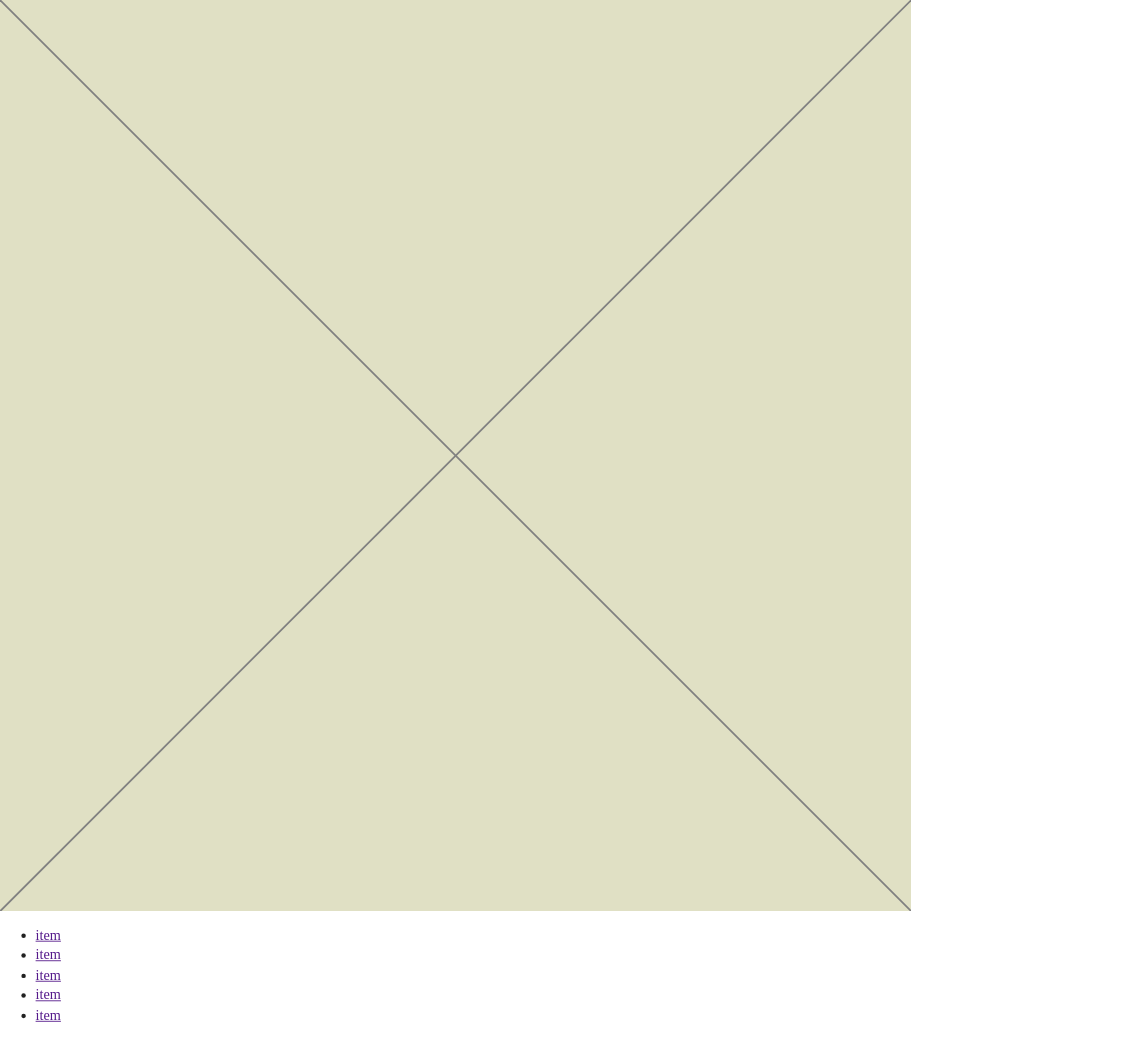
Repository: leahma1208/MDIA2003_Project1
Page: index.html
An editor plug-in stored every save of this project. The page is shown before and after the next save, followed by the edit.
The browser window is 1280 px wide. The pictures show the whole page, at 89% of full size.

Above is the page before, as saved 2021-01-22 19:39:32.

After the next save:
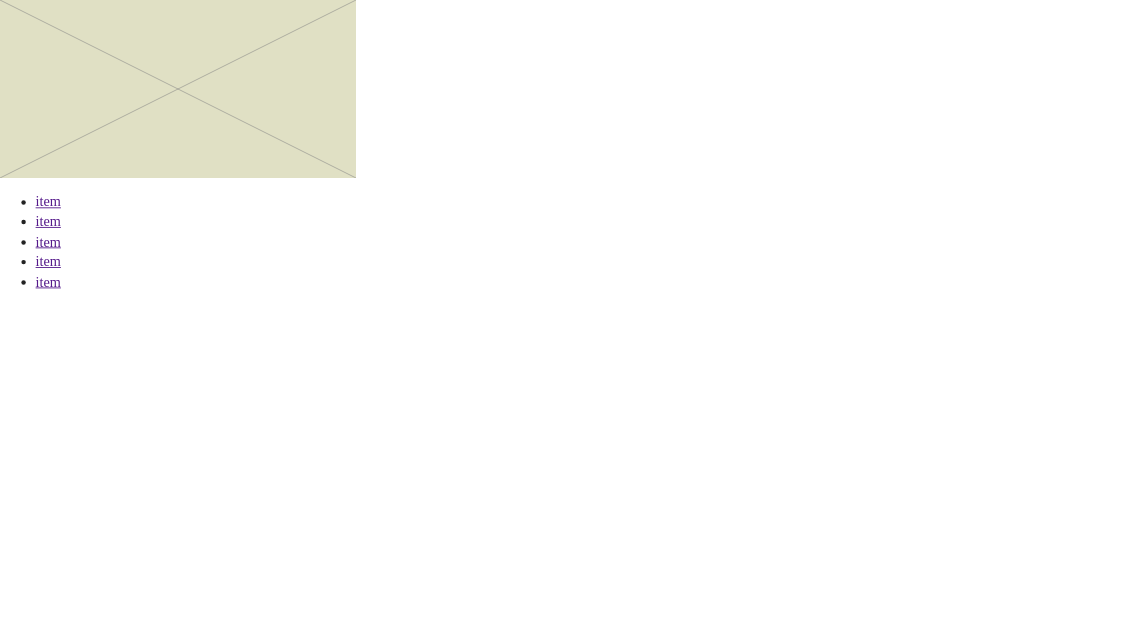
Saved 78 s later.
--- a/index.html
+++ b/index.html
@@ -22,7 +22,7 @@
   <!-- Add your site or application content here -->
   <header>
     <div class="logo">
-      <img src="img/placeholder.svg" alt="logo">
+      <img src="img/placeholder.svg" alt="logo" width="400px" height="200px">
     </div>
 
     <nav>
